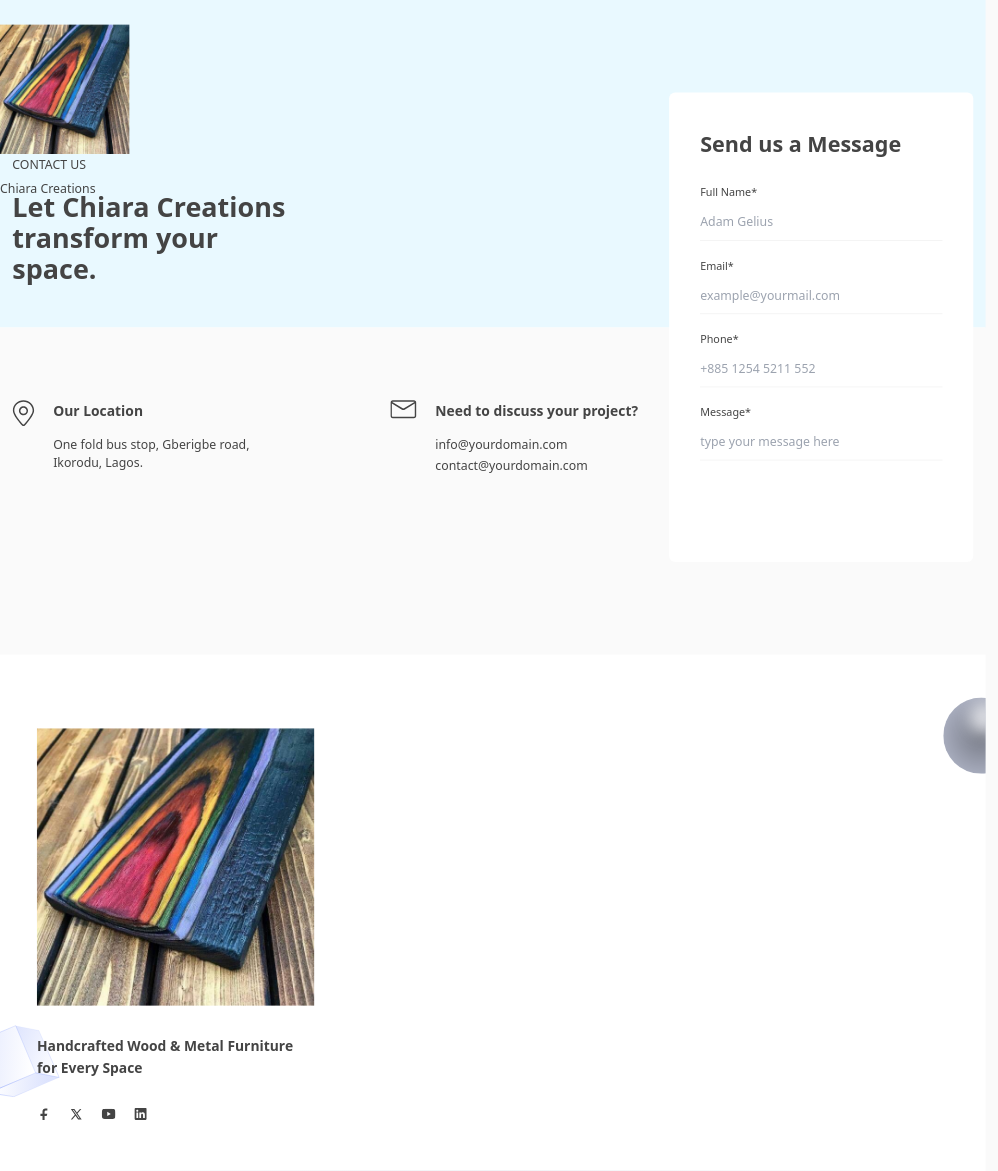
Repository: SuezDevelopment/chiara_creations
Page: /
The author's editor kept a copy of each file at every save. The page is drawn from the files as they stood at one save, then again after the next save.
The browser window is 1280 px wide. The page is 1296 px wide, so the pictures cover 1296 px, including what lies to the right of the window. The pictures show the whole page, at 77% of full size.
The project was rebuilt for these pictures with package versions that can differ from the ones it lists, and the page was loaded fresh each time. The framework's server and built-in components were replaced by stand-ins that run in the browser. Also part of the build but not shown: next.config.mjs.

Above is the page before, as saved 2024-03-07 12:54:28.

After the next save:
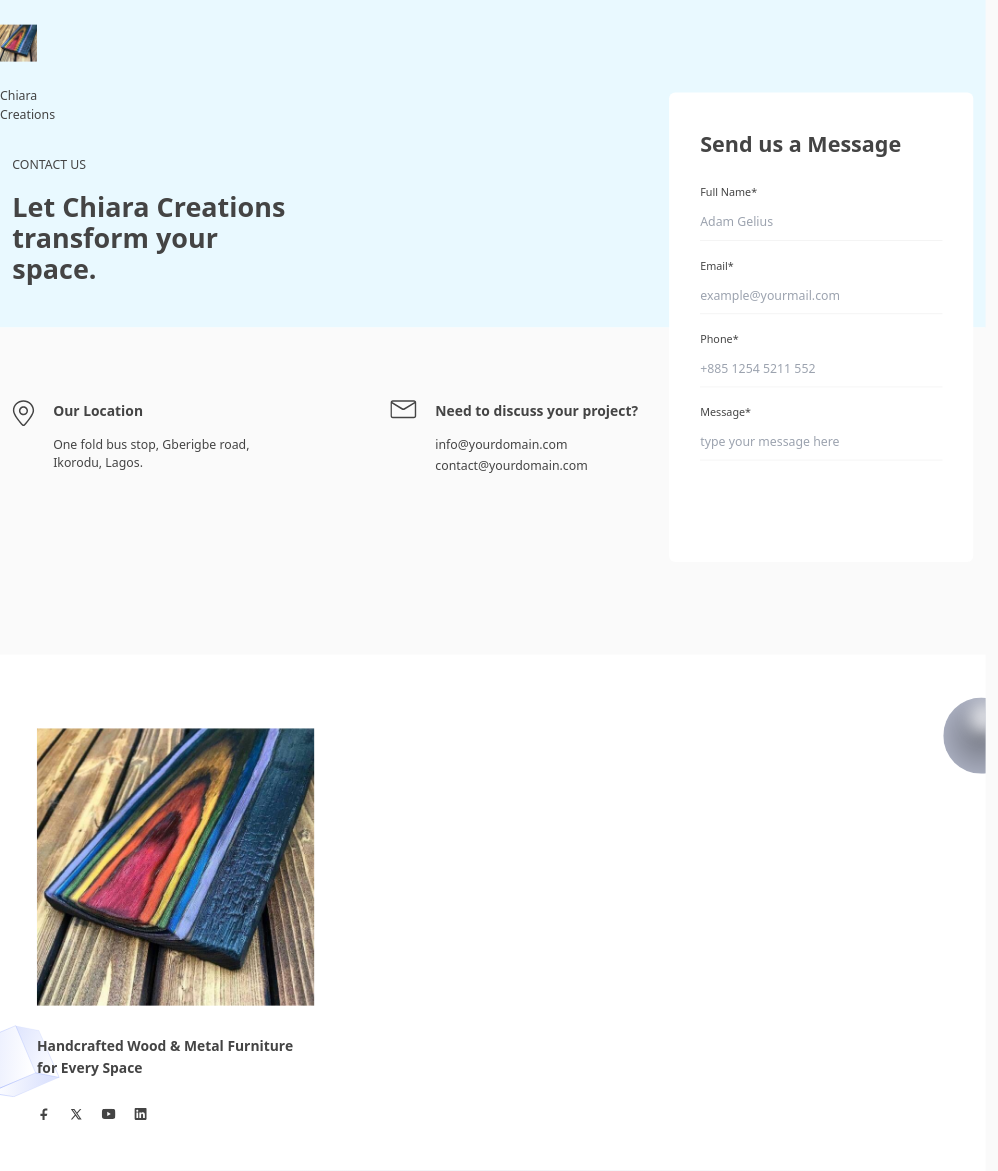
Saved 2 min 48 s later.
--- a/src/components/ui/header.tsx
+++ b/src/components/ui/header.tsx
@@ -55,7 +55,7 @@ const Header = () => {
       >
         <div className="container">
           <div className="relative -mx-4 flex items-center justify-between">
-            <div className="w-60 max-w-full px-4 xl:mr-12">
+            <div className="w-20 max-w-full px-4 xl:mr-12">
               <Link
                 href="/"
                 className={`header-logo block w-full ${
